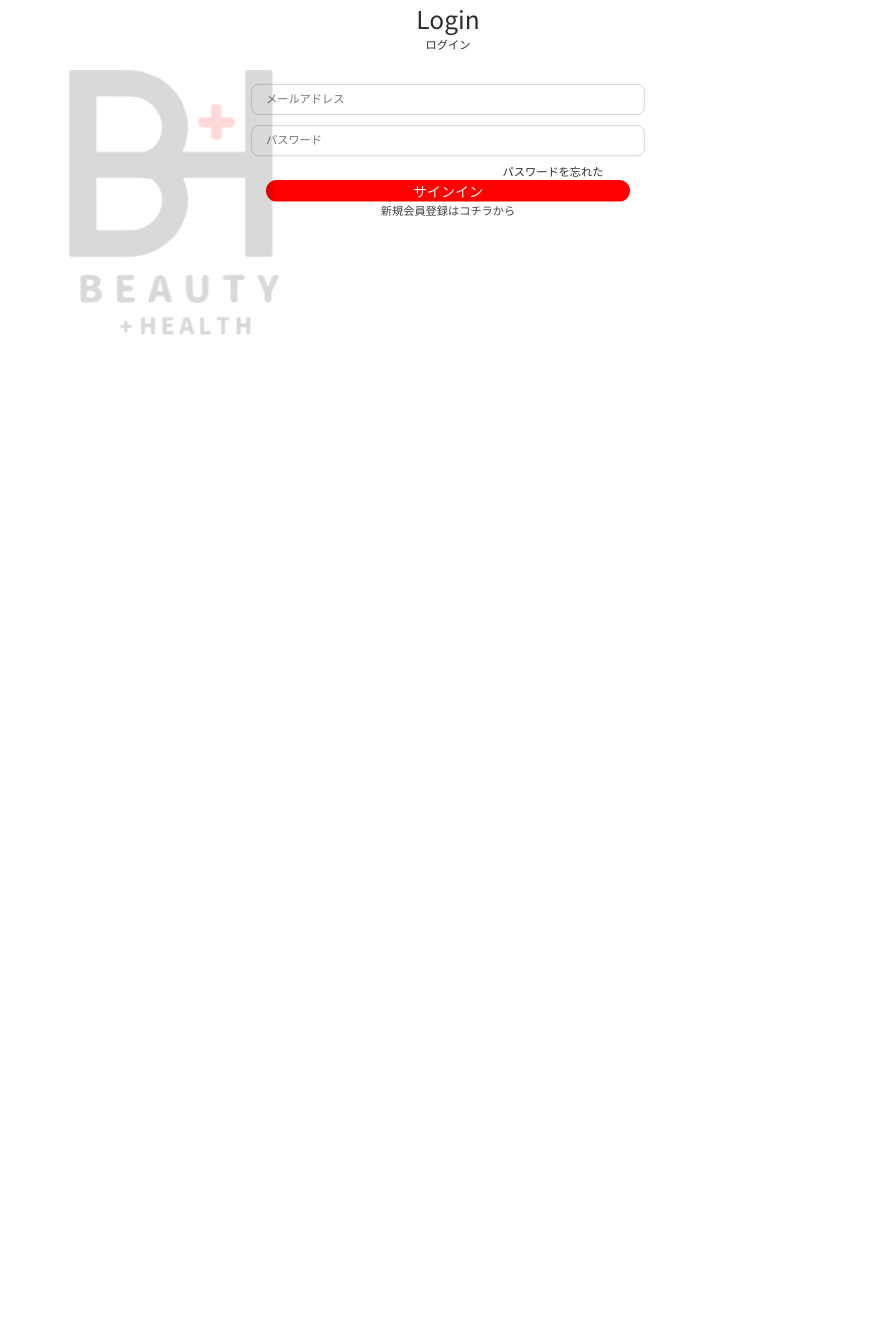
Repository: AceRose620/BH-Connect
Page: login.html
An editor plug-in stored every save of this project. The page is shown before and after the next save, followed by the edit.
The browser window is 1280 px wide. The pictures show the part of the page from y = 0 to 1920 px (the page is 8450 px tall), at 70% of full size.

Above is the page before, as saved 2024-07-22 23:07:35.

### login.html
<!DOCTYPE html>
<head>
    <!-- @import url(http://fonts.googleapis.com/earlyaccess/notosansjp.css);
    @import "tailwindcss/base";
    @import "tailwindcss/components";
    @import "tailwindcss/utilities"; -->
    <title>Beauty + Health</title>
    <meta name="viewport" content="width=device-width, initial-scale=1.0" />
    <link rel="stylesheet" href="assets/stylesheets/application.css">
    <link rel="stylesheet" href="assets/stylesheets/login.css">
    <link href="https://fonts.googleapis.com/css2?family=Noto+Sans+JP:wght@400;700&display=swap" rel="stylesheet">
</head>
<body>
    <img class="img-logo" src="./assets/images/bg-bhconnect-logo.png" alt="">
    <div class="login-pane">
        <span class="title">Login</span>
        <span class="sub-title">ログイン</span>
        <input class="mail" type="text" placeholder="メールアドレス" aria-label="mail"/>
        <input class="password" type="password" placeholder="パスワード" aria-label="password"/>
        <a href="#" class="find-password">パスワードを忘れた</a>
        <button class="btn-login">サインイン</button>
        <a class="register">新規会員登録はコチラから</a>
    </div>
</body>
</html>

### assets/stylesheets/application.css
/*
 * This is a manifest file that'll be compiled into application.css, which will include all the files
 * listed below.
 *
 * Any CSS and SCSS file within this directory, lib/assets/stylesheets, or any plugin's
 * vendor/assets/stylesheets directory can be referenced here using a relative path.
 *
 * You're free to add application-wide styles to this file and they'll appear at the bottom of the
 * compiled file so the styles you add here take precedence over styles defined in any other CSS/SCSS
 * files in this directory. Styles in this file should be added after the last require_* statement.
 * It is generally better to create a new file per style scope.
 *
 *= require_tree .
 *= require_self
 */
body {
  font-family: 'Noto Sans JP', sans-serif;
  margin: 0;
  color: #414141;
  /* background-image: url(../images/background.png); */
  height: 8450px;
}

a {
  color: #414141;
  text-decoration: none;
  -webkit-tap-highlight-color:rgba(0,0,0,0);
}

h1, h2, h3, p {
  margin: 0;
  -webkit-tap-highlight-color:rgba(0,0,0,0);
}

input {
  outline: none;
}
input:focus {
  outline:none;
}
input:-webkit-autofill {
  box-shadow: 0 0 0 1000px white inset;
}
input[type="submit"] {
  -webkit-appearance: none;
  border: none;
  cursor: pointer;
  display: inline-block;
  margin: 0;
  padding: 0;
  text-decoration: none;
}

textarea {
  outline: none;
}

button {
  background-color: transparent;
  border: none;
}

.wrapper {
  display: flex;
}

### assets/stylesheets/login.css
.img-logo {
    position: absolute;
    width: 299px;
    top: 0;
    left: 0;
    margin: 100px 99px;
}

.login-pane {
    width: 520px;
    display: flex;
    flex-direction: column;
    justify-content: center;
    align-items: center;
    margin: 0 auto;
}

.login-pane span.title {
    font-size: 35px;
    color: #2D2D2D;
}

.login-pane span.sub-title {
    font-size: 16px;
    color: #2D2D2D;
}

input.mail {
    width: 100%;
    height: 42px;
    border: 1px solid #C2C2C2;
    border-radius: 10px;
    padding: 0 20px;
    font-size: 16px;
    margin-top: 45px;
}

input.password {
    width: 100%;
    height: 42px;
    border: 1px solid #C2C2C2;
    border-radius: 10px;
    padding: 0 20px;
    font-size: 16px;
    margin-top: 15px;
}

a.find-password {
    color: #2D2D2D;
    margin-top: 10px;
    margin-left: 300px;
}

button.btn-login {
    background-color: #FF0000;
    color: white;
    width: 100%;
    font-size: 20px;
    border-radius: 20px;
}

After the next save:
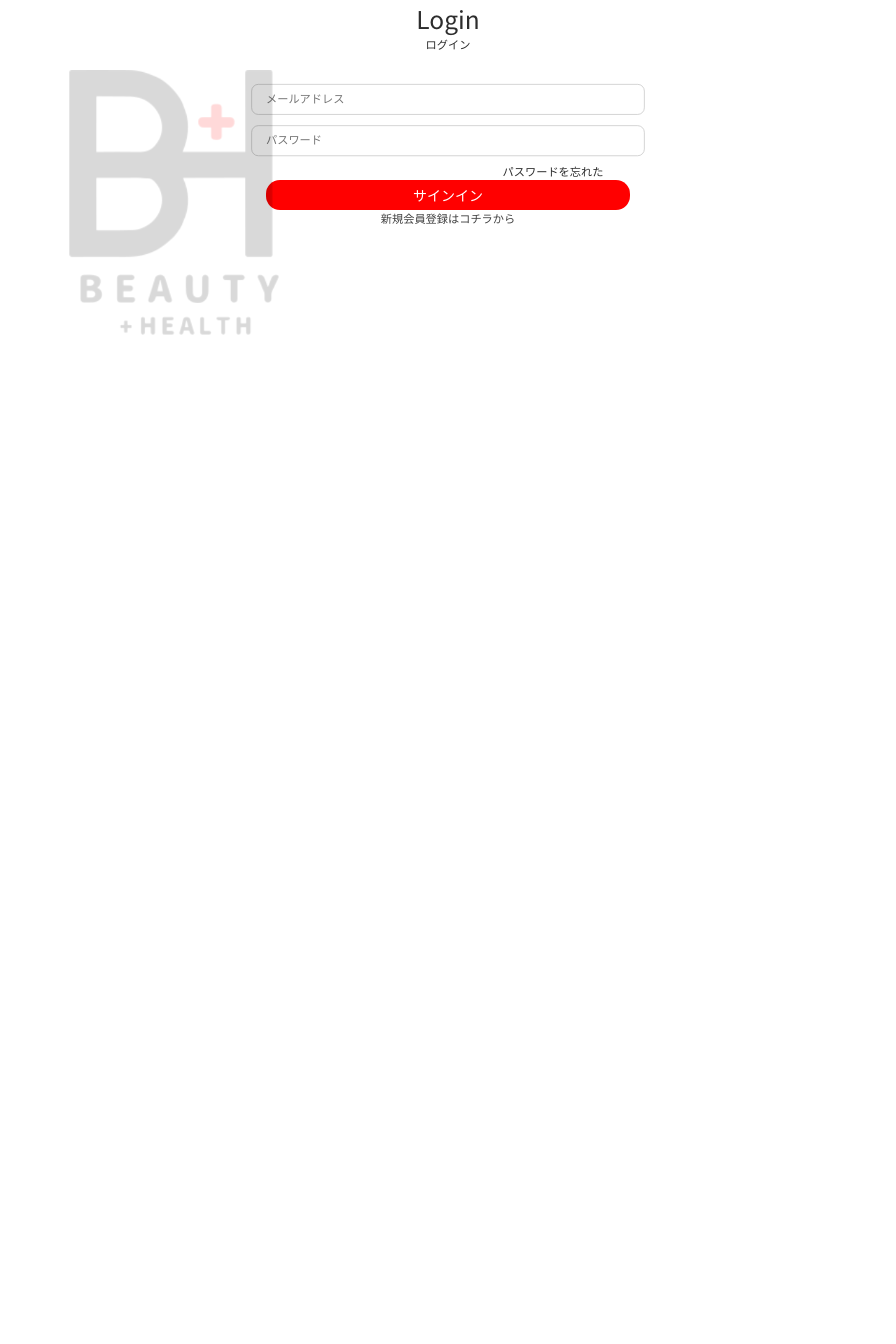
Saved 3 min 0 s later.
--- a/assets/stylesheets/login.css
+++ b/assets/stylesheets/login.css
@@ -57,4 +57,5 @@
     width: 100%;
     font-size: 20px;
     border-radius: 20px;
+    height: 43px;
 }
